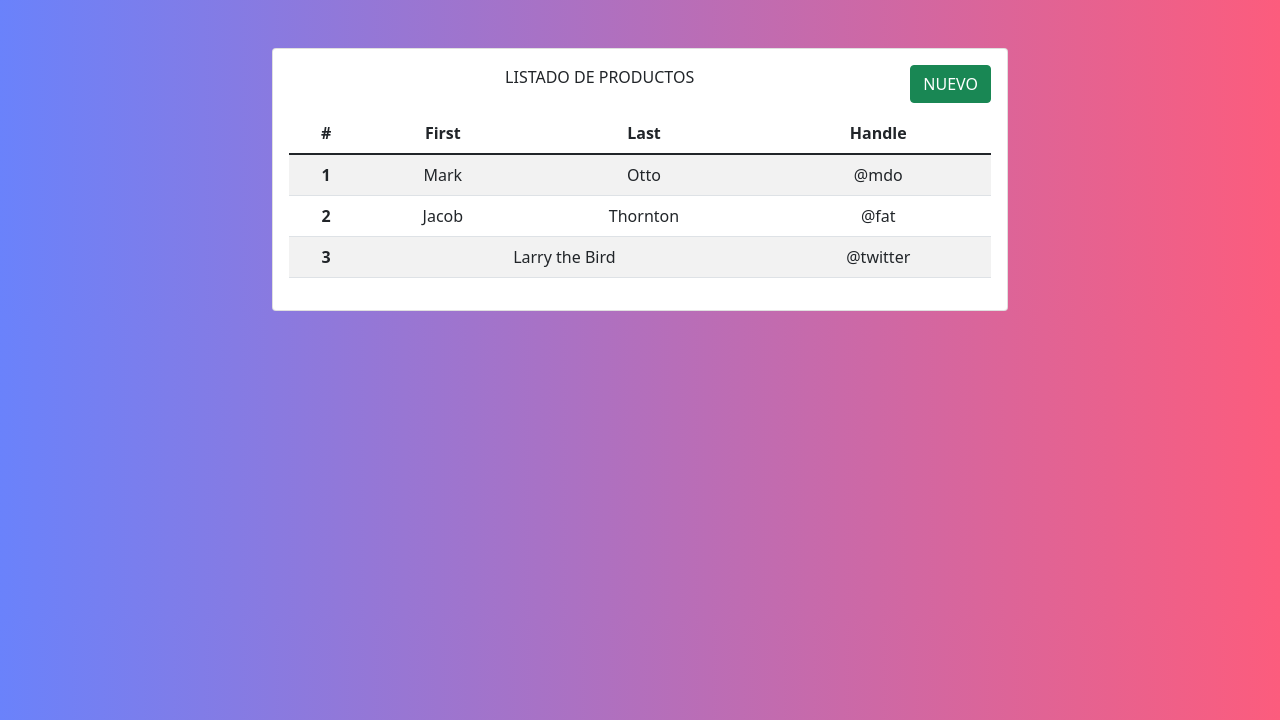
Repository: vivianaleivagalvez/crud_angular
Page: /
These files come from the project's save history. The page is drawn as it stood at one moment and after the next save; the edit follows.
The browser window is 1280 px wide. The pictures show the whole page.
The project was rebuilt for these pictures with package versions that can differ from the ones it lists, and the page was loaded fresh each time. Also part of the build but not shown: angular.json, src/app/components/crear-producto/crear-producto.component.ts.

Above is the page before, as saved 2022-01-27 00:07:06.

### src/index.html
<!doctype html>
<html lang="en">
<head>
  <meta charset="utf-8">
  <title>Cliente</title>
  <base href="/">

  <meta name="viewport" content="width=device-width, initial-scale=1">
  <link rel="icon" type="image/x-icon" href="favicon.ico">
</head>
<body>
  <app-root></app-root>
</body>
</html>

### src/styles.css
/* You can add global styles to this file, and also import other style files */
body{
  background: #FC5C7D;  /* fallback for old browsers */
  background: -webkit-linear-gradient(to right, #6A82FB, #FC5C7D);  /* Chrome 10-25, Safari 5.1-6 */
  background: linear-gradient(to right, #6A82FB, #FC5C7D); /* W3C, IE 10+/ Edge, Firefox 16+, Chrome 26+, Opera 12+, Safari 7+ */
}

### src/app/app.module.ts
import { BrowserModule } from '@angular/platform-browser';
import { NgModule } from '@angular/core';

import { AppComponent } from './app.component';
import { CrearProductoComponent } from './components/crear-producto/crear-producto.component';
import { ListarProductosComponent } from './components/listar-productos/listar-productos.component';
import { AppRoutingModule } from './app-routing.module';

@NgModule({
  declarations: [
    AppComponent,
    CrearProductoComponent,
    ListarProductosComponent
  ],
  imports: [
    BrowserModule,
    AppRoutingModule
  ],
  providers: [],
  bootstrap: [AppComponent]
})
export class AppModule { }

### src/app/components/listar-productos/listar-productos.component.ts
import { Component, OnInit } from '@angular/core';

@Component({
  selector: 'app-listar-productos',
  templateUrl: './listar-productos.component.html',
  styleUrls: ['./listar-productos.component.css']
})
export class ListarProductosComponent implements OnInit {

  constructor() { }

  ngOnInit() {
  }

}

### src/app/app-routing.module.ts
import { ListarProductosComponent } from './components/listar-productos/listar-productos.component';
import { CrearProductoComponent } from './components/crear-producto/crear-producto.component';
import { NgModule } from '@angular/core';
import { RouterModule, Routes } from '@angular/router';

const routes: Routes = [
  { path: '', component: ListarProductosComponent },
  { path: 'crear-producto', component: CrearProductoComponent },
  { path: 'editar-producto/:id', component: CrearProductoComponent },
  { path: '**', redirectTo: '', pathMatch: 'full' }
];

@NgModule({
  imports: [RouterModule.forRoot(routes)],
  exports: [RouterModule]
})
export class AppRoutingModule { }

### src/app/components/listar-productos/listar-productos.component.html
<div class="container mt-5">
  <div class="row">
    <div class="col-lg-8 offset-lg-2">
      <div class="card">
        <div class="card-body text-center">
          <span>LISTADO DE PRODUCTOS</span>
          <button class="btn btn-success float-end">NUEVO</button>
          <table class="table table-striped mt-4">
            <thead>
              <tr>
                <th scope="col">#</th>
                <th scope="col">First</th>
                <th scope="col">Last</th>
                <th scope="col">Handle</th>
              </tr>
            </thead>
            <tbody>
              <tr>
                <th scope="row">1</th>
                <td>Mark</td>
                <td>Otto</td>
                <td>@mdo</td>
              </tr>
              <tr>
                <th scope="row">2</th>
                <td>Jacob</td>
                <td>Thornton</td>
                <td>@fat</td>
              </tr>
              <tr>
                <th scope="row">3</th>
                <td colspan="2">Larry the Bird</td>
                <td>@twitter</td>
              </tr>
            </tbody>
          </table>
        </div>
      </div>
    </div>
  </div>
</div>

Loaded but not shown: src/main.ts (common file); src/environments/environment.ts (common file); src/app/app.component.ts (common file); src/app/app.component.html (common file); src/app/app.component.css (no stored copy; drawn as an empty file); src/app/components/listar-productos/listar-productos.component.css (no stored copy; drawn as an empty file)

After the next save:
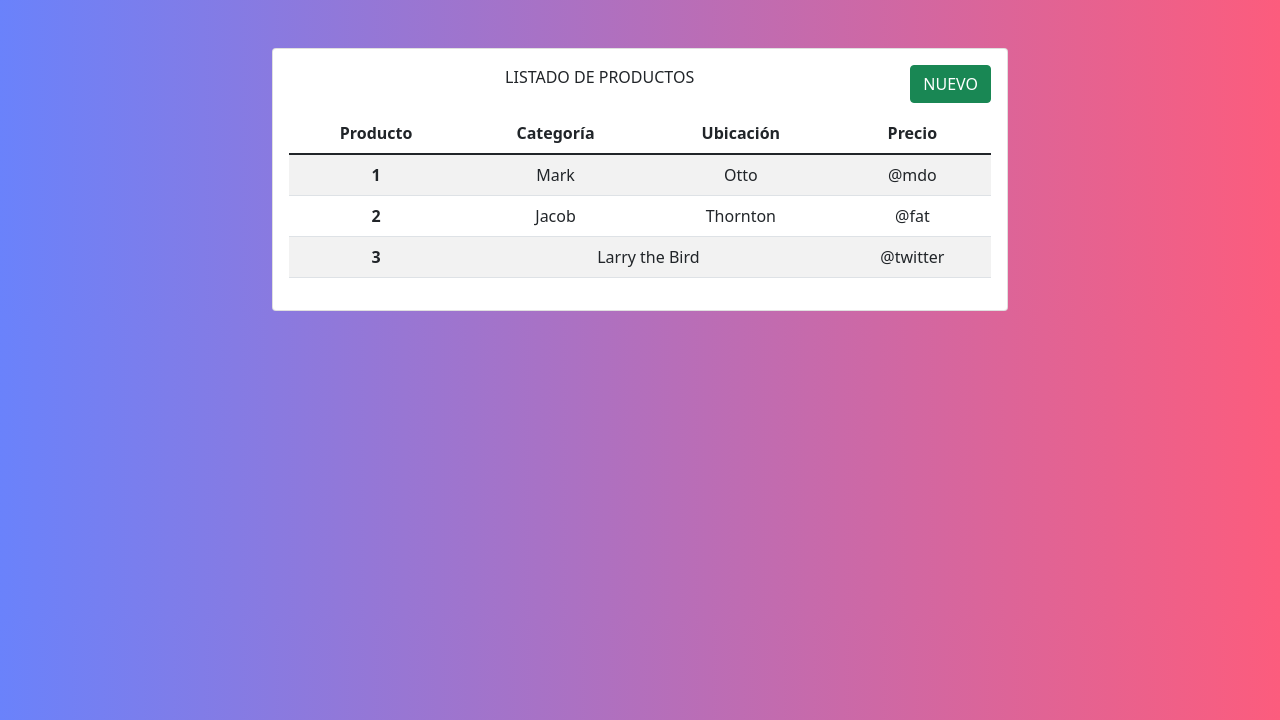
Saved 18 s later.
--- a/src/app/components/listar-productos/listar-productos.component.html
+++ b/src/app/components/listar-productos/listar-productos.component.html
@@ -8,10 +8,10 @@
           <table class="table table-striped mt-4">
             <thead>
               <tr>
-                <th scope="col">#</th>
-                <th scope="col">First</th>
-                <th scope="col">Last</th>
-                <th scope="col">Handle</th>
+                <th scope="col">Producto</th>
+                <th scope="col">Categoría</th>
+                <th scope="col">Ubicación</th>
+                <th scope="col">Precio</th>
               </tr>
             </thead>
             <tbody>
